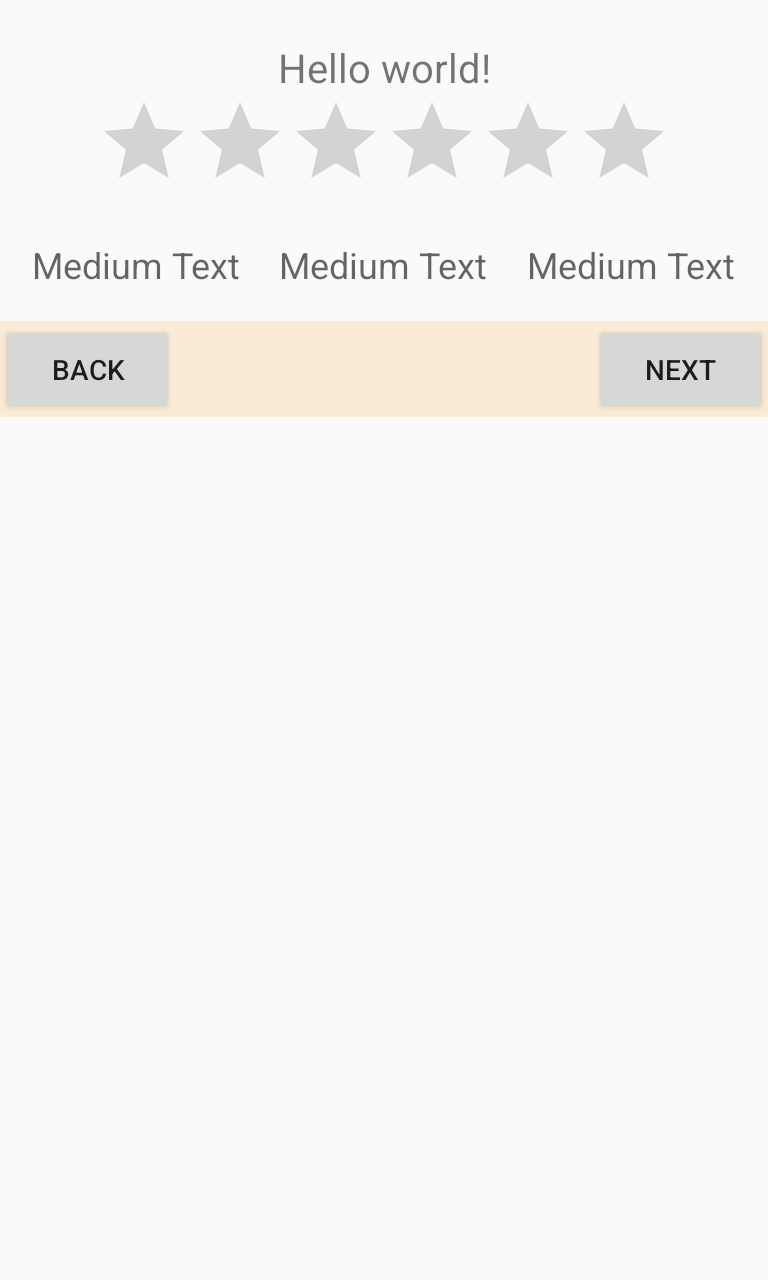
Repository: stevelyall/ERapp
Layout: ERsurvey/res/layout/activity_survey.xml
An editor plug-in stored every save of this project. The layout is shown before and after the next save, followed by the edit.
It is drawn on a 768 x 1280 px phone screen (xhdpi) without system bars, with theme AppTheme; the app's code is not run.

Above is the layout before, as saved 2014-10-26 02:42:26.

### ERsurvey/res/layout/activity_survey.xml
<LinearLayout xmlns:android="http://schemas.android.com/apk/res/android"
    xmlns:tools="http://schemas.android.com/tools"
    android:id="@+id/l1"
    android:layout_width="match_parent"
    android:layout_height="match_parent"
    android:orientation="vertical" >

    <TableRow
        android:id="@+id/tableRow2"
        android:layout_width="match_parent"
        android:layout_height="wrap_content"
        android:layout_marginTop="20dp" >

    </TableRow>

    <TableRow
        android:id="@+id/tableRow1"
        android:layout_width="match_parent"
        android:layout_height="wrap_content" >

        <TextView
            android:id="@+id/questionTextView"
            android:layout_width="match_parent"
            android:layout_height="wrap_content"
            android:layout_marginBottom="0dp"
            android:gravity="center_horizontal"
            android:text="@string/hello_world"
            android:textSize="20sp" />
    </TableRow>

    <RelativeLayout
        android:id="@+id/ratinglayout"
        android:layout_width="match_parent"
        android:layout_height="wrap_content" >

        <RatingBar
            android:id="@+id/rating"
            android:layout_width="wrap_content"
            android:layout_height="wrap_content"
            android:layout_alignParentTop="true"
            android:layout_centerHorizontal="true"
            android:indeterminate="false"
            android:numStars="6"
            android:stepSize="1.0" />

    </RelativeLayout>

    <RelativeLayout
        android:layout_width="match_parent"
        android:layout_height="wrap_content"
        android:paddingBottom="@dimen/activity_vertical_margin"
        android:paddingLeft="@dimen/activity_horizontal_margin"
        android:paddingRight="@dimen/activity_horizontal_margin"
        android:paddingTop="@dimen/activity_vertical_margin"
        tools:context="ca.stevenlyall.ersurvey.MainActivity" >

        <TextView
            android:id="@+id/highDesc"
            android:layout_width="wrap_content"
            android:layout_height="wrap_content"
            android:layout_alignParentRight="true"
            android:layout_alignParentTop="true"
            android:text="Medium Text"
            android:textAppearance="?android:attr/textAppearanceMedium" />

        <TextView
            android:id="@+id/medDesc"
            android:layout_width="wrap_content"
            android:layout_height="wrap_content"
            android:layout_alignBaseline="@+id/lowDesc"
            android:layout_alignBottom="@+id/lowDesc"
            android:layout_centerHorizontal="true"
            android:text="Medium Text"
            android:textAppearance="?android:attr/textAppearanceMedium" />

        <TextView
            android:id="@+id/lowDesc"
            android:layout_width="wrap_content"
            android:layout_height="wrap_content"
            android:text="Medium Text"
            android:textAppearance="?android:attr/textAppearanceMedium" />

    </RelativeLayout>

    <RelativeLayout
        android:layout_width="fill_parent"
        android:layout_height="wrap_content"
        android:background="@color/AntiqueWhite" >

        <Button
            android:id="@+id/nextButton"
            android:layout_width="wrap_content"
            android:layout_height="wrap_content"
            android:layout_alignParentRight="true"
            android:layout_alignParentTop="true"
            android:text="@string/next" />

        <Button
            android:id="@+id/backButton"
            android:layout_width="wrap_content"
            android:layout_height="wrap_content"
            android:layout_alignParentLeft="true"
            android:layout_alignParentTop="true"
            android:text="@string/back" />
    </RelativeLayout>

</LinearLayout>

### ERsurvey/res/values/strings.xml
<?xml version="1.0" encoding="utf-8"?>
<resources>

    <string name="app_name">ERsurvey</string>
    <string name="hello_world">Hello world!</string>
    <string name="action_settings">Settings</string>
    <string name="back">Back</string>
    <string name="next">Next</string>

</resources>

### ERsurvey/res/values/colors.xml
<?xml version="1.0" encoding="utf-8"?>
<resources>
 <color name="White">#FFFFFF</color>
 <color name="Ivory">#FFFFF0</color>
 <color name="LightYellow">#FFFFE0</color>
 <color name="Yellow">#FFFF00</color>
 <color name="Snow">#FFFAFA</color>
 <color name="FloralWhite">#FFFAF0</color>
 <color name="LemonChiffon">#FFFACD</color>
 <color name="Cornsilk">#FFF8DC</color>
 <color name="Seashell">#FFF5EE</color>
 <color name="LavenderBlush">#FFF0F5</color>
 <color name="PapayaWhip">#FFEFD5</color>
 <color name="BlanchedAlmond">#FFEBCD</color>
 <color name="MistyRose">#FFE4E1</color>
 <color name="Bisque">#FFE4C4</color>
 <color name="Moccasin">#FFE4B5</color>
 <color name="NavajoWhite">#FFDEAD</color>
 <color name="PeachPuff">#FFDAB9</color>
 <color name="Gold">#FFD700</color>
 <color name="Pink">#FFC0CB</color>
 <color name="LightPink">#FFB6C1</color>
 <color name="Orange">#FFA500</color>
 <color name="LightSalmon">#FFA07A</color>
 <color name="DarkOrange">#FF8C00</color>
 <color name="Coral">#FF7F50</color>
 <color name="HotPink">#FF69B4</color>
 <color name="Tomato">#FF6347</color>
 <color name="OrangeRed">#FF4500</color>
 <color name="DeepPink">#FF1493</color>
 <color name="Fuchsia">#FF00FF</color>
 <color name="Magenta">#FF00FF</color>
 <color name="Red">#FF0000</color>
 <color name="OldLace">#FDF5E6</color>
 <color name="LightGoldenrodYellow">#FAFAD2</color>
 <color name="Linen">#FAF0E6</color>
 <color name="AntiqueWhite">#FAEBD7</color>
 <color name="Salmon">#FA8072</color>
 <color name="GhostWhite">#F8F8FF</color>
 <color name="MintCream">#F5FFFA</color>
 <color name="WhiteSmoke">#F5F5F5</color>
 <color name="Beige">#F5F5DC</color>
 <color name="Wheat">#F5DEB3</color>
 <color name="SandyBrown">#F4A460</color>
 <color name="Azure">#F0FFFF</color>
 <color name="Honeydew">#F0FFF0</color>
 <color name="AliceBlue">#F0F8FF</color>
 <color name="Khaki">#F0E68C</color>
 <color name="LightCoral">#F08080</color>
 <color name="PaleGoldenrod">#EEE8AA</color>
 <color name="Violet">#EE82EE</color>
 <color name="DarkSalmon">#E9967A</color>
 <color name="Lavender">#E6E6FA</color>
 <color name="LightCyan">#E0FFFF</color>
 <color name="BurlyWood">#DEB887</color>
 <color name="Plum">#DDA0DD</color>
 <color name="Gainsboro">#DCDCDC</color>
 <color name="Crimson">#DC143C</color>
 <color name="PaleVioletRed">#DB7093</color>
 <color name="Goldenrod">#DAA520</color>
 <color name="Orchid">#DA70D6</color>
 <color name="Thistle">#D8BFD8</color>
 <color name="LightGrey">#D3D3D3</color>
 <color name="Tan">#D2B48C</color>
 <color name="Chocolate">#D2691E</color>
 <color name="Peru">#CD853F</color>
 <color name="IndianRed">#CD5C5C</color>
 <color name="MediumVioletRed">#C71585</color>
 <color name="Silver">#C0C0C0</color>
 <color name="DarkKhaki">#BDB76B</color>
 <color name="RosyBrown">#BC8F8F</color>
 <color name="MediumOrchid">#BA55D3</color>
 <color name="DarkGoldenrod">#B8860B</color>
 <color name="FireBrick">#B22222</color>
 <color name="PowderBlue">#B0E0E6</color>
 <color name="LightSteelBlue">#B0C4DE</color>
 <color name="PaleTurquoise">#AFEEEE</color>
 <color name="GreenYellow">#ADFF2F</color>
 <color name="LightBlue">#ADD8E6</color>
 <color name="DarkGray">#A9A9A9</color>
 <color name="Brown">#A52A2A</color>
 <color name="Sienna">#A0522D</color>
 <color name="YellowGreen">#9ACD32</color>
 <color name="DarkOrchid">#9932CC</color>
 <color name="PaleGreen">#98FB98</color>
 <color name="DarkViolet">#9400D3</color>
 <color name="MediumPurple">#9370DB</color>
 <color name="LightGreen">#90EE90</color>
 <color name="DarkSeaGreen">#8FBC8F</color>
 <color name="SaddleBrown">#8B4513</color>
 <color name="DarkMagenta">#8B008B</color>
 <color name="DarkRed">#8B0000</color>
 <color name="BlueViolet">#8A2BE2</color>
 <color name="LightSkyBlue">#87CEFA</color>
 <color name="SkyBlue">#87CEEB</color>
 <color name="Gray">#808080</color>
 <color name="Olive">#808000</color>
 <color name="Purple">#800080</color>
 <color name="Maroon">#800000</color>
 <color name="Aquamarine">#7FFFD4</color>
 <color name="Chartreuse">#7FFF00</color>
 <color name="LawnGreen">#7CFC00</color>
 <color name="MediumSlateBlue">#7B68EE</color>
 <color name="LightSlateGray">#778899</color>
 <color name="SlateGray">#708090</color>
 <color name="OliveDrab">#6B8E23</color>
 <color name="SlateBlue">#6A5ACD</color>
 <color name="DimGray">#696969</color>
 <color name="MediumAquamarine">#66CDAA</color>
 <color name="CornflowerBlue">#6495ED</color>
 <color name="CadetBlue">#5F9EA0</color>
 <color name="DarkOliveGreen">#556B2F</color>
 <color name="Indigo">#4B0082</color>
 <color name="MediumTurquoise">#48D1CC</color>
 <color name="DarkSlateBlue">#483D8B</color>
 <color name="SteelBlue">#4682B4</color>
 <color name="RoyalBlue">#4169E1</color>
 <color name="Turquoise">#40E0D0</color>
 <color name="MediumSeaGreen">#3CB371</color>
 <color name="LimeGreen">#32CD32</color>
 <color name="DarkSlateGray">#2F4F4F</color>
 <color name="SeaGreen">#2E8B57</color>
 <color name="ForestGreen">#228B22</color>
 <color name="LightSeaGreen">#20B2AA</color>
 <color name="DodgerBlue">#1E90FF</color>
 <color name="MidnightBlue">#191970</color>
 <color name="Aqua">#00FFFF</color>
 <color name="Cyan">#00FFFF</color>
 <color name="SpringGreen">#00FF7F</color>
 <color name="Lime">#00FF00</color>
 <color name="MediumSpringGreen">#00FA9A</color>
 <color name="DarkTurquoise">#00CED1</color>
 <color name="DeepSkyBlue">#00BFFF</color>
 <color name="DarkCyan">#008B8B</color>
 <color name="Teal">#008080</color>
 <color name="Green">#008000</color>
 <color name="DarkGreen">#006400</color>
 <color name="Blue">#0000FF</color>
 <color name="MediumBlue">#0000CD</color>
 <color name="DarkBlue">#00008B</color>
 <color name="Navy">#000080</color>
 <color name="Black">#000000</color>
</resources>

Loaded but not shown: ERsurvey/res/values/styles.xml (common file); ERsurvey/res/values-v11/styles.xml (common file); ERsurvey/res/values-v14/styles.xml (common file); ERsurvey/res/values/dimens.xml (common file); ERsurvey/res/values-w820dp/dimens.xml (common file)

After the next save:
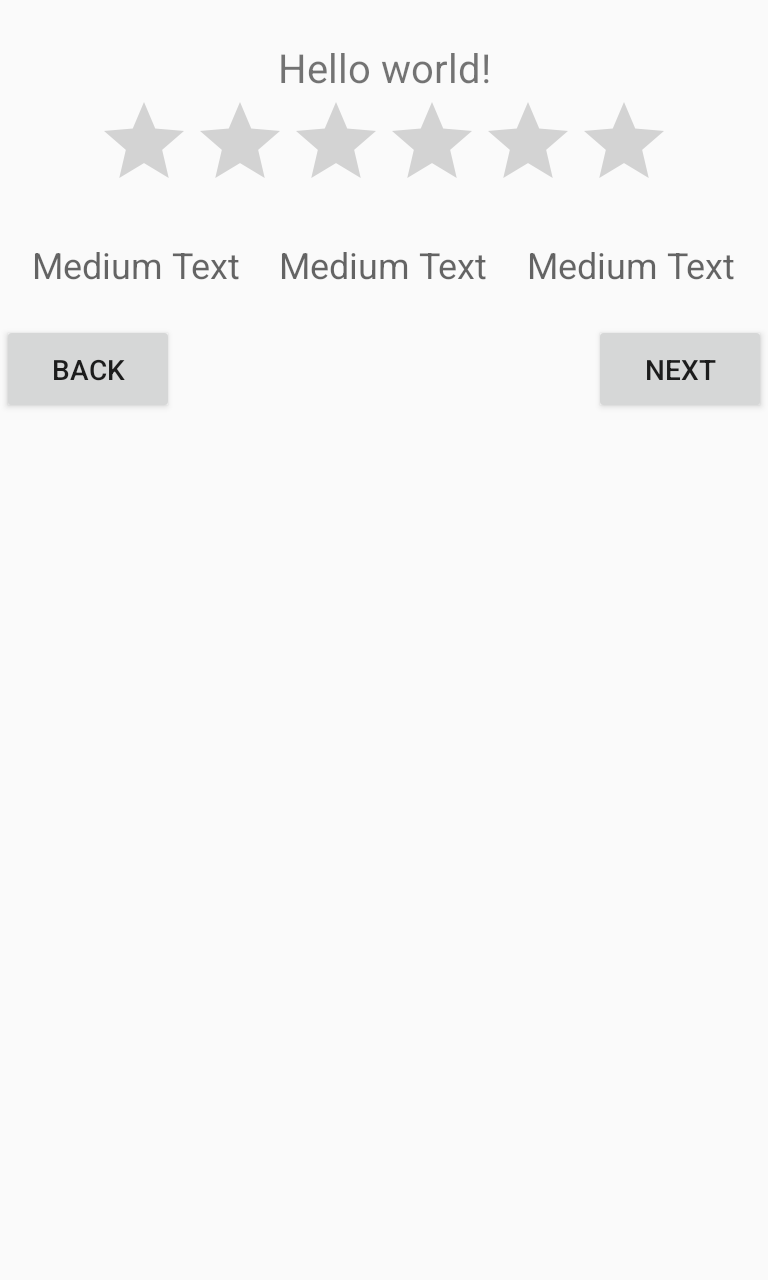
Saved 9 s later.
--- a/ERsurvey/res/layout/activity_survey.xml
+++ b/ERsurvey/res/layout/activity_survey.xml
@@ -84,8 +84,7 @@
 
     <RelativeLayout
         android:layout_width="fill_parent"
-        android:layout_height="wrap_content"
-        android:background="@color/AntiqueWhite" >
+        android:layout_height="wrap_content" >
 
         <Button
             android:id="@+id/nextButton"
